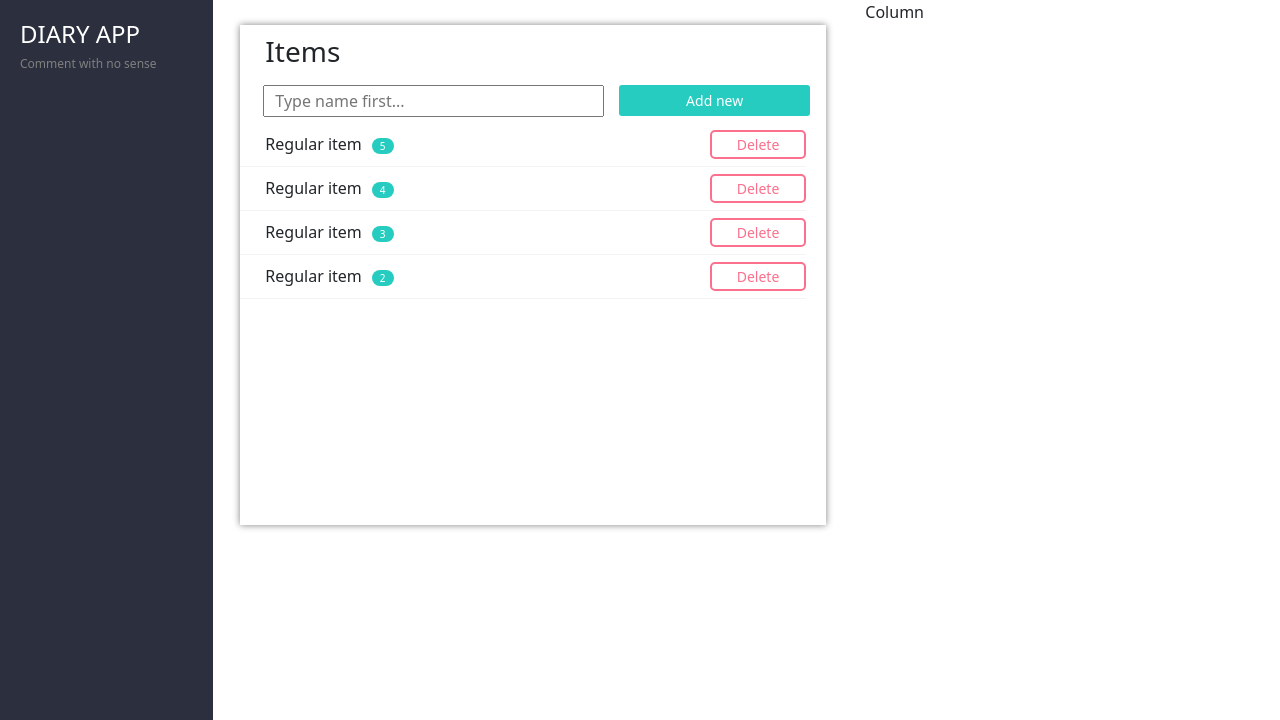
Repository: tsydikov/diary
Page: /
These files come from the project's save history. The page is drawn as it stood at one moment and after the next save; the edit follows.
The browser window is 1280 px wide. The pictures show the whole page.
The project was rebuilt for these pictures with package versions that can differ from the ones it lists, and the page was loaded fresh each time.

Above is the page before, as saved 2021-09-10 22:24:17.

### public/index.html
<!DOCTYPE html>
<html lang="en">
  <head>
    <meta charset="utf-8" />
    <meta name="viewport" content="width=device-width, initial-scale=1" />
    <link href="https://cdn.jsdelivr.net/npm/bootstrap@5.1.1/dist/css/bootstrap.min.css" rel="stylesheet" integrity="sha384-F3w7mX95PdgyTmZZMECAngseQB83DfGTowi0iMjiWaeVhAn4FJkqJByhZMI3AhiU" crossorigin="anonymous">
    <title>Diary App</title>
  </head>
  <body>
    <noscript>You need to enable JavaScript to run this app.</noscript>
    <div id="root"></div>
  </body>
</html>

### src/App.js
import React, { useState } from "react";
import Navbar from "./UI/Navbar/Navbar";
import './styles/App.css'
import Items from "./components/Items";
import ItemForm from "./components/ItemForm";

function App() {
  const [items, setItems] = useState([
    { id: 1, title: 'Regular item', comments: [1, 2, 3, 4, 5] },
    { id: 2, title: 'Regular item', comments: [1, 2, 3, 4] },
    { id: 3, title: 'Regular item', comments: [1, 2, 3] },
    { id: 4, title: 'Regular item', comments: [1, 2] },
  ])
  const createItem = (newItem) => {
    setItems([...items, newItem])
  }
  const removeItem = (item) => {
    setItems(items.filter(i => i.id !== item.id))
  }

  return (
    <div className="container-fluid" >
      <div className="row " >
        <div className="col-2 px-0" >
          <Navbar />
        </div>
        <div className="col-6">
          <div className="items_cotainer">
            <ItemForm create={createItem} />
            <Items items={items} remove={removeItem} />
          </div>
        </div>
        <div className="col-4">
          Column
    </div>
      </div>
    </div>
  );
}

export default App;

### src/UI/Navbar/Navbar.jsx
import React from 'react';
import cl from './Navbar.module.css'
// style={{background:'red'}}
const Navbar = () => {
    return (
        <div className={cl.container} >
            <h1>diary app</h1>
            <h3>Comment with no sense</h3>
        </div>
    );
};

export default Navbar;

### src/styles/App.css
* {
    margin: 0;
    padding: 0;
    box-sizing: border-box;
}

#root {
    display: flex;
    flex-direction: column;
    align-items: center;
}

.item_cotainer {
    display: flex;
    justify-content: space-between;
    align-items: center;
    padding: 5px 0;
    padding-left: 25px;
}

.item_cotainer span {
    font-size: 10px;
    color: white;
    background-color: #27ccc0;
    border-radius: 20px;
    margin: 0 10px;
    padding: 1px 8px;
}

hr {
    margin: 2px 0;
    background: lightgray;
    /* background: tomato; */
}

.items_cotainer {
    box-shadow: 0 0 7px grey;
    margin: 15px;
    margin-top: 25px;
    min-height: 500px;
    padding-right: 20px;
}

.h3 {
    padding-top: 10px;
    padding-left: 25px;
    font-weight: 200;
}

.input {
    display: flex;
    justify-content: center;
    width: 95%;
    margin-left: 15px;
    padding: 2px 0;
    padding-left: 10px;

}

### src/components/Items.jsx
import React from 'react';
import Item from './Item';

const Items = ({items, remove}) => {

    return (
        <div>
            {items.map((item, index) =>
                <div>
                    <Item number={index+1} item={item} key={item.id} remove={remove} />
                    <hr />
                </div>
            )}
        </div>
    );
};

export default Items;

### src/components/ItemForm.jsx
import React, { useState } from 'react';
import Button from '../UI/Buttons/Button';

const ItemForm = ({create}) => {
    const [title, setTitle] = useState('')

    const addNewItem = (e) => {
        e.preventDefault()
        const newItem = {
          id: Date.now(),
          title,
          comments: []
        }
        create(newItem)
        setTitle('')
      }

    return (
        <div className="container-fluid px-0" >
            <h3 className="h3">Items</h3>
            <div className="row p-2">
              <div className="col-8 ">
                <input
                  value={title}
                  onChange={e => setTitle(e.target.value)}
                  className="input"
                  type="text"
                  placeholder="Type name first..."
                />
              </div>
              <div className="col-4 p-0">
                <Button onClick={addNewItem} >Add new</Button>
              </div>
            </div>
          </div>
    );
};

export default ItemForm;

### src/UI/Navbar/Navbar.module.css
.container {
    background: #2b2f3e;
    height: 100vh;
    padding: 20px;
    /* width: initial; */
}

.container h1 {
    text-transform: uppercase;
    color:white;
    font-size: 24px;
    font-weight:200;
}

.container h3 {
    color:grey;
    font-size: 12px;
    font-weight:200;
}

### src/components/Item.jsx
import React from 'react';
import ButtonDelete from '../UI/Buttons/ButtonDelete';

const Item = (props) => {
    return (
        <div className="item_cotainer" >
              <div>
                {props.item.title}<span>{props.item.comments.length}</span>
              </div>
              <ButtonDelete onClick={() => props.remove(props.item)}>
                Delete
                </ButtonDelete>
            </div>
    );
};

export default Item;

### src/UI/Buttons/Button.jsx
import React from 'react'
import cl from "./Button.module.css";

const Button = ({ children, ...props }) => {
    return (
        <button {...props} className={cl.Btn}>
            {children}
        </button>
    )
}

export default Button;

### src/UI/Buttons/ButtonDelete.jsx
import React from 'react'
import cl from "./Button.module.css";

const ButtonDelete = ({ children, ...props }) => {
    return (
        <button {...props} className={cl.BtnDel}>
            {children}
        </button>
    )
}

export default ButtonDelete;

### src/UI/Buttons/Button.module.css
.Btn {
    padding: 5px 10px;
    color: white;
    font-size: 14px;
    border: none;
    cursor: pointer;
    background-color: #27ccc0;
    border-radius: 3px;
    display:flex;
    align-items:stretch;
    justify-content: center;
    text-align: center;
    width: 100%;
}
.BtnDel {
    padding: 2px 25px;
    color: #fb718d;
    font-size: 14px;
    border: 2px solid #fb718d;
    cursor: pointer;
    background-color: white;
    border-radius: 5px;
    display:flex;
    align-items:stretch;
    text-align: center;
}

### src/components/comments.jsx
import React from 'react';

const Comments = () => {
    return (
        <div>
            <h3 className="h3">Items</h3>
        </div>
    );
};

export default Comments;

Loaded but not shown: src/index.js (common file)

After the next save:
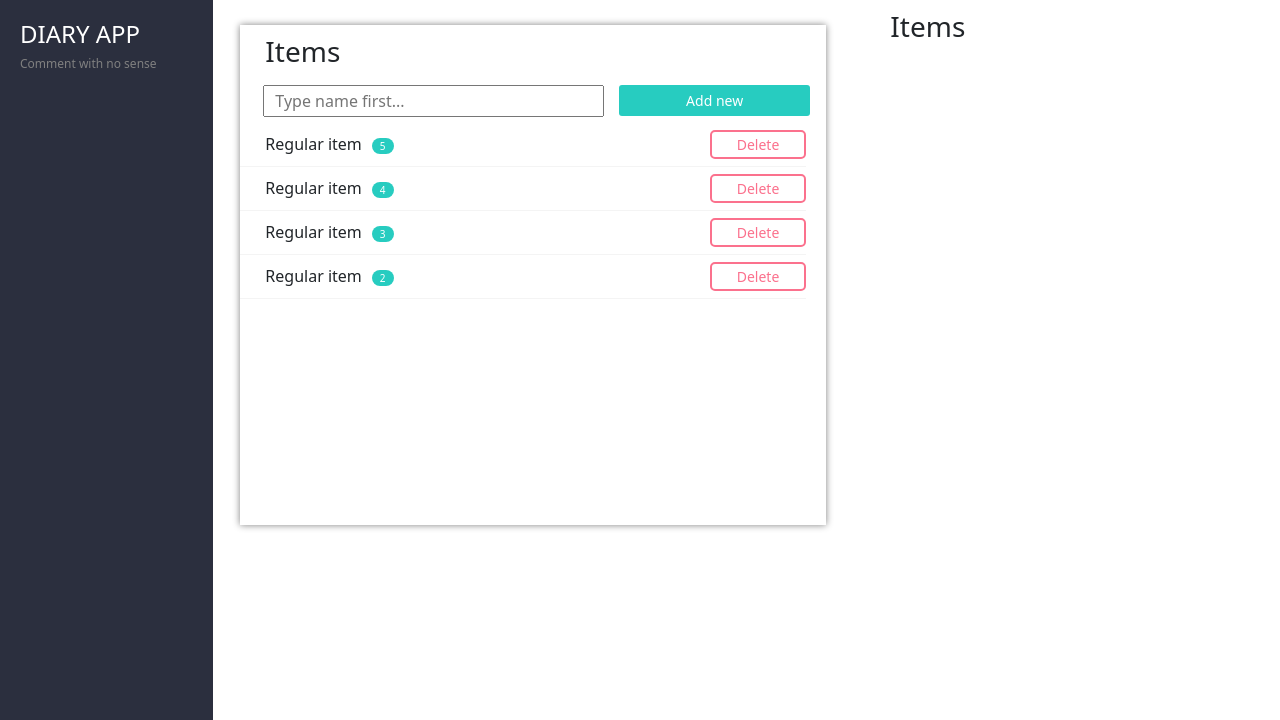
Saved 30 s later.
--- a/src/App.js
+++ b/src/App.js
@@ -3,6 +3,7 @@ import Navbar from "./UI/Navbar/Navbar";
 import './styles/App.css'
 import Items from "./components/Items";
 import ItemForm from "./components/ItemForm";
+import Comments from "./components/comments";
 
 function App() {
   const [items, setItems] = useState([
@@ -31,7 +32,7 @@ function App() {
           </div>
         </div>
         <div className="col-4">
-          Column
+          <Comments />
     </div>
       </div>
     </div>
